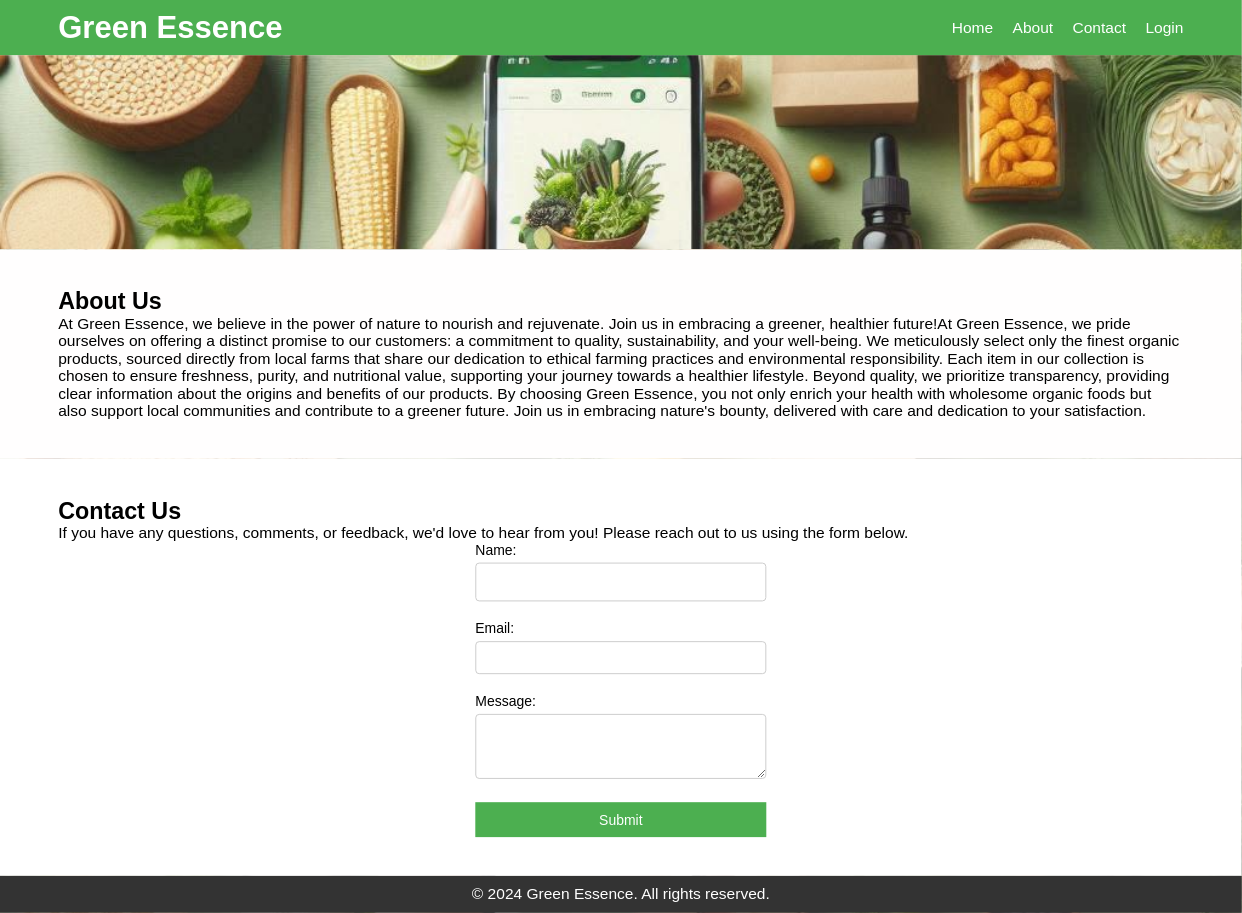
Repository: niki3210/Sahyadri
Page: Projectorganic/index.html
An editor plug-in stored every save of this project. The page is shown before and after the next save, followed by the edit.
The browser window is 1280 px wide. The pictures show the whole page, at 97% of full size.
Backgrounds fixed to the window are drawn as part of the page.

Above is the page before, as saved 2024-06-21 17:33:46.

After the next save:
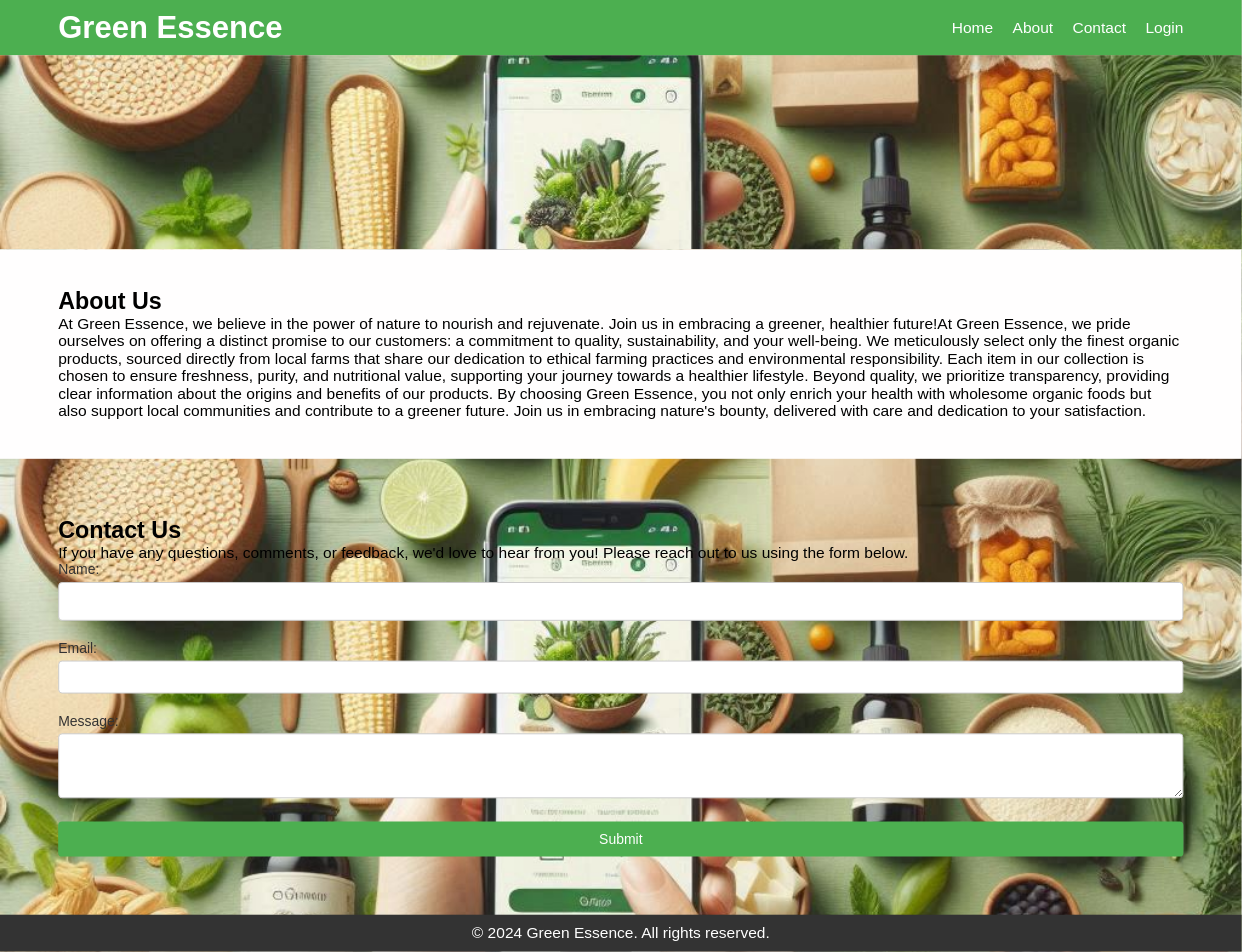
Saved 119 s later.
--- a/Projectorganic/styles.css
+++ b/Projectorganic/styles.css
@@ -87,21 +87,34 @@ section {
     padding: 40px 0;
 }
 
-/* Contact Form Styles */
+//* Contact Form Styles */
 #contact {
     background-color: #ffffff;
     padding: 40px 0;
+    display: flex;
+    justify-content: center; /* Center the form horizontally */
+    align-items: center; /* Center the form vertically */
+    flex-direction: column; /* Align items vertically */
+}
+
+.contact-container {
+    background-color: #f9f9f9; /* Light grey background for the form box */
+    border: 2px solid #4CAF50; /* Border color */
+    border-radius: 8px; /* Rounded corners */
+    padding: 20px;
+    width: 80%; /* Width of the container */
+    max-width: 500px; /* Maximum width for larger screens */
+    box-shadow: 0 0 10px rgba(0, 0, 0, 0.1); /* Box shadow for depth */
 }
 
 form {
-    max-width: 300px;
-    margin: 0 auto;
-    border-color: #4CAF50;
+    width: 100%;
 }
 
 label {
     display: block;
     margin-bottom: 5px;
+    color: #333; /* Label text color */
 }
 
 input[type="text"],
@@ -121,7 +134,7 @@ button[type="submit"] {
     border: none;
     padding: 10px 20px;
     cursor: pointer;
-
+    border-radius: 4px; /* Rounded corners for the button */
 }
 
 button[type="submit"]:hover {
